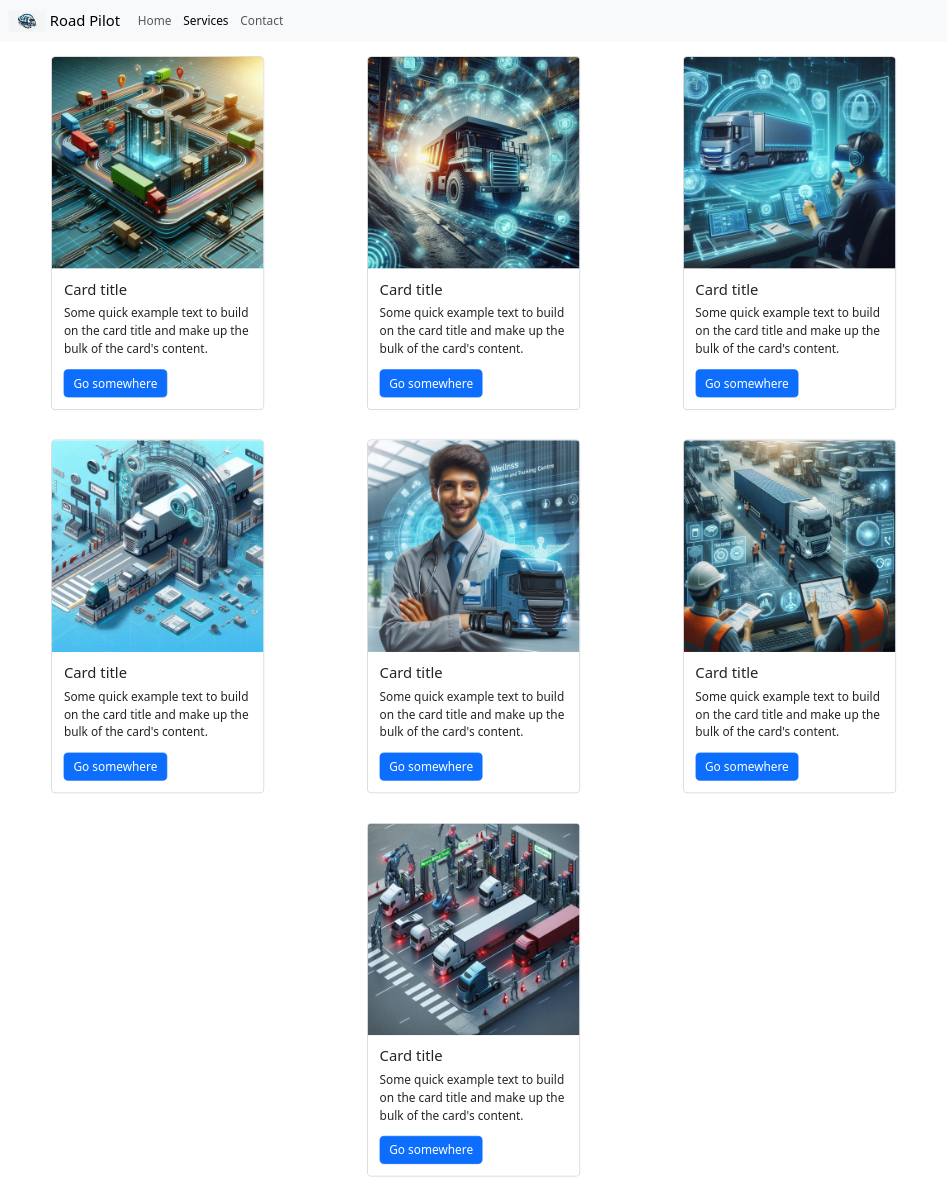
Repository: VictoriousMango/WebCreator
Page: pages/Services.html
These files come from the project's save history. The page is drawn as it stood at one moment and after the next save; the edit follows.
The browser window is 1280 px wide. The pictures show the whole page, at 74% of full size.

Above is the page before, as saved 2024-11-09 11:51:27.

### pages/Services.html
<!DOCTYPE html>
<html lang="en">

<head>
    <meta charset="UTF-8">
    <meta name="viewport" content="width=device-width, initial-scale=1.0">
    <title>Web Creator</title>
    <link href="https://cdn.jsdelivr.net/npm/bootstrap@5.3.3/dist/css/bootstrap.min.css" rel="stylesheet"
        integrity="sha384-QWTKZyjpPEjISv5WaRU9OFeRpok6YctnYmDr5pNlyT2bRjXh0JMhjY6hW+ALEwIH" crossorigin="anonymous">
    <link rel="stylesheet" href="../assets/css/services.css">
</head>

<body>
    <!-- Navbar -->
    <nav class="navbar navbar-expand-lg bg-body-tertiary">
        <div class="container-fluid">
            <a class="navbar-brand" href="#">
                <img src="../assets/images/Logo.png" alt="Logo" width="50px" class="d-inline-block align-text-top">
                Road Pilot
            </a>
            <button class="navbar-toggler" type="button" data-bs-toggle="collapse" data-bs-target="#navbarNav"
                aria-controls="navbarNav" aria-expanded="false" aria-label="Toggle navigation">
                <span class="navbar-toggler-icon"></span>
            </button>
            <div class="collapse navbar-collapse" id="navbarNav">
                <ul class="navbar-nav">
                    <li class="nav-item">
                        <a class="nav-link" href="../">Home</a>
                    </li>
                    <li class="nav-item">
                        <a class="nav-link active" aria-current="page" href="#">Services</a>
                    </li>
                    <li class="nav-item">
                        <a class="nav-link" href="./contact.html">Contact</a>
                    </li>
                </ul>
            </div>
        </div>
    </nav>
    <!-- NavBar -->
    <!-- Solutions/Softwares we may provide
            *Transportation Management System (TRAMS)
            *Safe and Optimised Mining Systems (SOMS)
            *Delivery Order Management and Excellence System (DOMES)
            *Gate Entry (and Attendance) linked performance System (GELPS)
            *Wellness ,Adaptation and Tracking Centre for Health Care Systems for Staff(WATCHS)
            *Port and Rake (Handling ) Tracking Systems(PARTS)
            *Reverse bidding Systems
    -->
    <div class="services">
        <!-- TRAMS -->
        <div class="card" style="width: 18rem;">
            <img src="../assets/images/TRAMS.png" class="card-img-top" alt="...">
            <div class="card-body">
                <h5 class="card-title">Card title</h5>
                <p class="card-text">Some quick example text to build on the card title and make up the bulk of the
                    card's content.</p>
                <a href="#" class="btn btn-primary">Go somewhere</a>
            </div>
        </div>
        <!-- SOMS -->
        <div class="card" style="width: 18rem;">
            <img src="../assets/images/SOMS.png" class="card-img-top" alt="...">
            <div class="card-body">
                <h5 class="card-title">Card title</h5>
                <p class="card-text">Some quick example text to build on the card title and make up the bulk of the
                    card's content.</p>
                <a href="#" class="btn btn-primary">Go somewhere</a>
            </div>
        </div>
        <!-- DOMES -->
        <div class="card" style="width: 18rem;">
            <img src="../assets/images/DOMES.png" class="card-img-top" alt="...">
            <div class="card-body">
                <h5 class="card-title">Card title</h5>
                <p class="card-text">Some quick example text to build on the card title and make up the bulk of the
                    card's content.</p>
                <a href="#" class="btn btn-primary">Go somewhere</a>
            </div>
        </div>
        <!-- GELPS -->
        <div class="card" style="width: 18rem;">
            <img src="../assets/images/GELPS.png" class="card-img-top" alt="...">
            <div class="card-body">
                <h5 class="card-title">Card title</h5>
                <p class="card-text">Some quick example text to build on the card title and make up the bulk of the
                    card's content.</p>
                <a href="#" class="btn btn-primary">Go somewhere</a>
            </div>
        </div>
        <!-- WATCHS -->
        <div class="card" style="width: 18rem;">
            <img src="../assets/images/WATCHS.png" class="card-img-top" alt="...">
            <div class="card-body">
                <h5 class="card-title">Card title</h5>
                <p class="card-text">Some quick example text to build on the card title and make up the bulk of the
                    card's content.</p>
                <a href="#" class="btn btn-primary">Go somewhere</a>
            </div>
        </div>
        <!-- PARTS -->
        <div class="card" style="width: 18rem;">
            <img src="../assets/images/PARTS.png" class="card-img-top" alt="...">
            <div class="card-body">
                <h5 class="card-title">Card title</h5>
                <p class="card-text">Some quick example text to build on the card title and make up the bulk of the
                    card's content.</p>
                <a href="#" class="btn btn-primary">Go somewhere</a>
            </div>
        </div>
        <!-- RBS -->
        <div class="card" style="width: 18rem;">
            <img src="../assets/images/RBS.png" class="card-img-top" alt="...">
            <div class="card-body">
                <h5 class="card-title">Card title</h5>
                <p class="card-text">Some quick example text to build on the card title and make up the bulk of the
                    card's content.</p>
                <a href="#" class="btn btn-primary">Go somewhere</a>
            </div>
        </div>
    </div>


    <!-- Scripts -->
    <script src="https://cdn.jsdelivr.net/npm/bootstrap@5.3.3/dist/js/bootstrap.bundle.min.js"
        integrity="sha384-YvpcrYf0tY3lHB60NNkmXc5s9fDVZLESaAA55NDzOxhy9GkcIdslK1eN7N6jIeHz"
        crossorigin="anonymous"></script>
    <script src="https://cdn.jsdelivr.net/npm/@popperjs/core@2.11.8/dist/umd/popper.min.js"
        integrity="sha384-I7E8VVD/ismYTF4hNIPjVp/Zjvgyol6VFvRkX/vR+Vc4jQkC+hVqc2pM8ODewa9r"
        crossorigin="anonymous"></script>
    <script src="https://cdn.jsdelivr.net/npm/bootstrap@5.3.3/dist/js/bootstrap.min.js"
        integrity="sha384-0pUGZvbkm6XF6gxjEnlmuGrJXVbNuzT9qBBavbLwCsOGabYfZo0T0to5eqruptLy"
        crossorigin="anonymous"></script>
</body>

</html>

### assets/css/services.css
.services {
    display: flex;
    flex-wrap: wrap;
    justify-content: space-around;
}

.card {
    width: 200px;
    margin: 20px;
}

.card:hover {
    transform: scale(1.05);
    transition: ease-in-out;
    box-shadow: 0 0 20px rgba(0, 217, 255, 0.7); /* Change the color and intensity as needed */
}

After the next save:
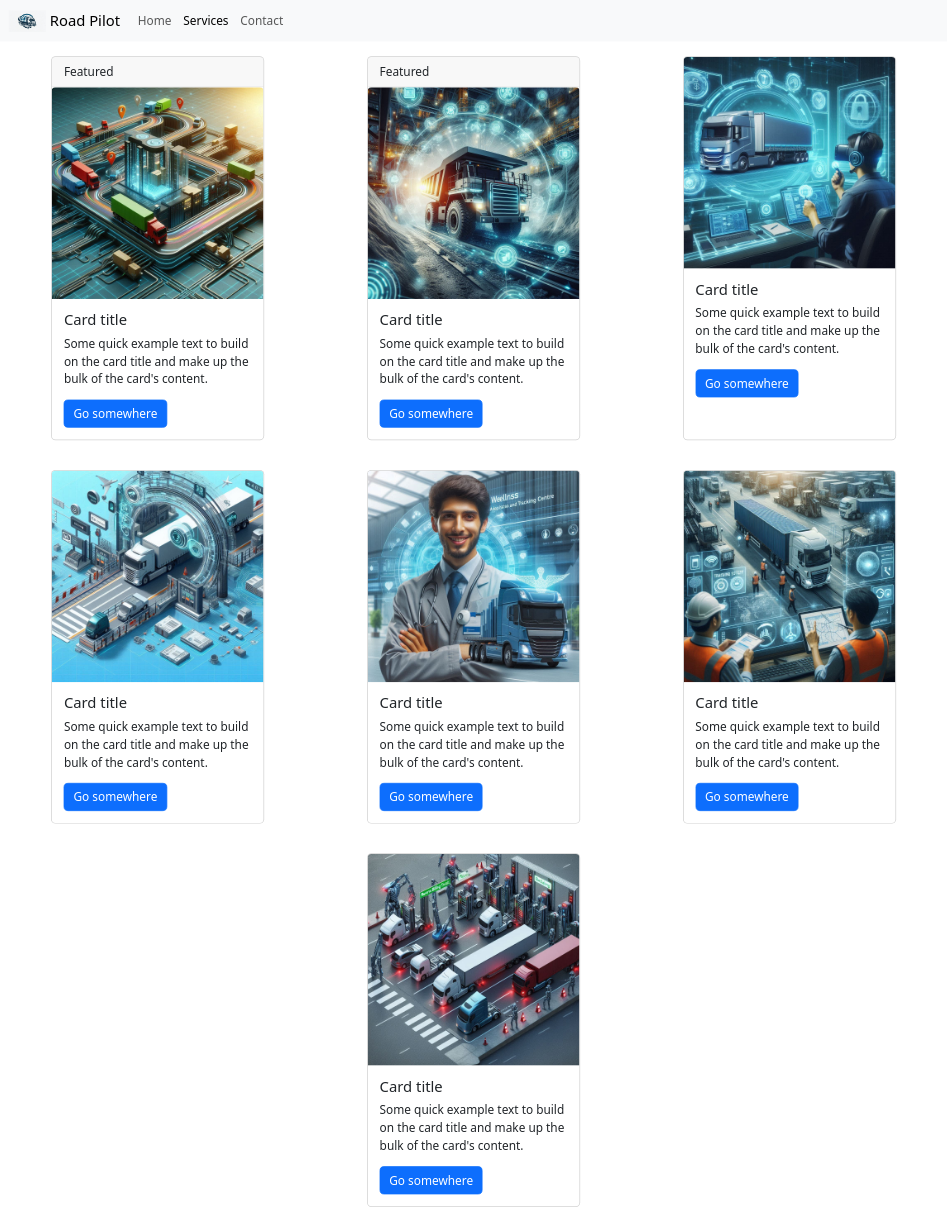
Saved 3 min 54 s later.
--- a/pages/Services.html
+++ b/pages/Services.html
@@ -50,6 +50,9 @@
     <div class="services">
         <!-- TRAMS -->
         <div class="card" style="width: 18rem;">
+            <div class="card-header">
+    Featured
+  </div>
             <img src="../assets/images/TRAMS.png" class="card-img-top" alt="...">
             <div class="card-body">
                 <h5 class="card-title">Card title</h5>
@@ -60,6 +63,9 @@
         </div>
         <!-- SOMS -->
         <div class="card" style="width: 18rem;">
+            <div class="card-header">
+    Featured
+  </div>
             <img src="../assets/images/SOMS.png" class="card-img-top" alt="...">
             <div class="card-body">
                 <h5 class="card-title">Card title</h5>
